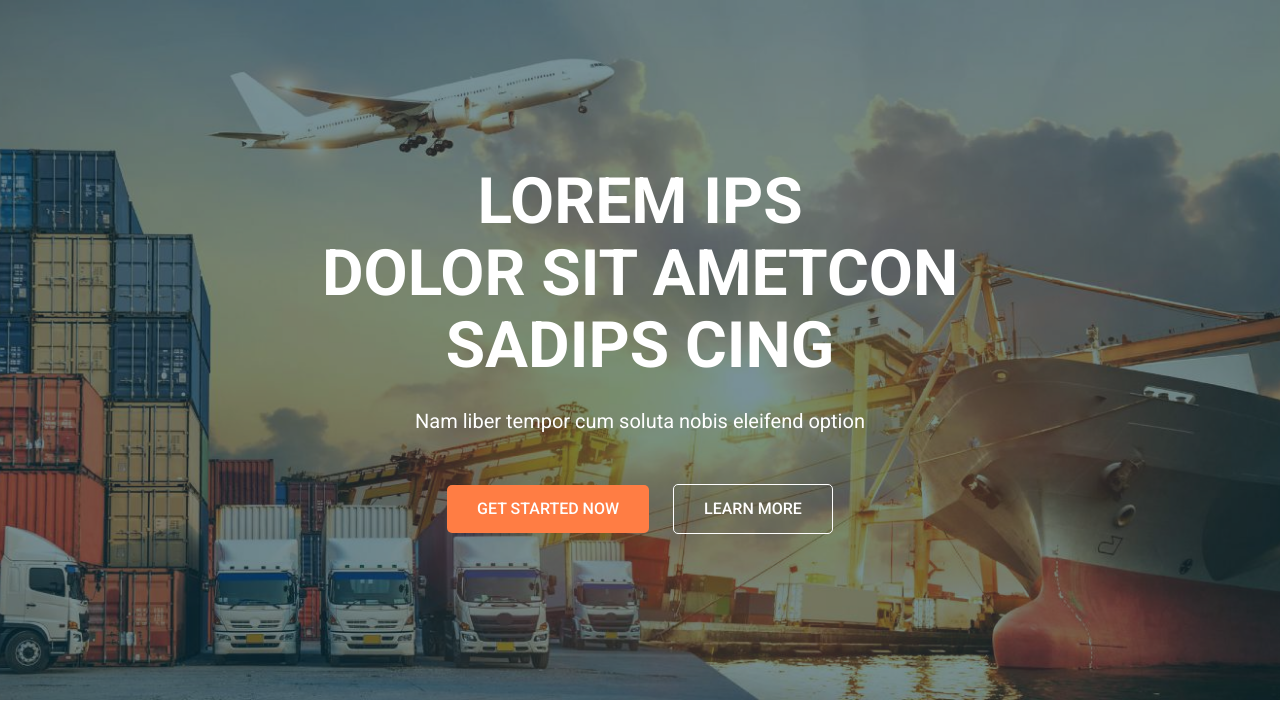
Repository: nazmulalok/shipping-template
Page: index.html
These files come from the project's save history. The page is drawn as it stood at one moment and after the next save; the edit follows.
The browser window is 1280 px wide. The pictures show the whole page.

Above is the page before, as saved 2022-10-03 01:57:19.

### index.html
<!DOCTYPE html>
<html lang="en">

    <head>
        <meta charset="UTF-8">
        <meta http-equiv="X-UA-Compatible" content="IE=edge">
        <meta name="viewport" content="width=device-width, initial-scale=1.0">
        <link rel="preconnect" href="https://fonts.googleapis.com">
        <link rel="preconnect" href="https://fonts.gstatic.com" crossorigin>
        <link
            href="https://fonts.googleapis.com/css2?family=Roboto:ital,wght@0,300;0,400;0,500;0,700;0,900;1,300;1,400;1,500;1,700;1,900&display=swap"
            rel="stylesheet">
        <link href="https://cdn.jsdelivr.net/npm/bootstrap@5.2.1/dist/css/bootstrap.min.css" rel="stylesheet"
            integrity="sha384-iYQeCzEYFbKjA/T2uDLTpkwGzCiq6soy8tYaI1GyVh/UjpbCx/TYkiZhlZB6+fzT" crossorigin="anonymous">
        <link rel="stylesheet" href="style.css">
        <title>Document</title>
    </head>

    <body>
        <!-- Slider -->
        <section>
            <div class="main-slider">
                <div class="container">
                    <div class="slide-content">
                        <div class="slide-text">
                            <div class="slider-title mb-4">Lorem ips<br>
                                dolor sit ametcon<br>
                                sadips cing</div>
                            <p>Nam liber tempor cum soluta nobis eleifend option</p>
                            <div class="sliderBtn mt-5"><a class="common-btn me-4" href="#">Get Started Now</a><a
                                    class="common-btn outline-btn" href="#">Learn More</a></div>
                        </div>
                    </div>
                </div>
            </div>
        </section>














        <script src="https://cdn.jsdelivr.net/npm/@popperjs/core@2.11.6/dist/umd/popper.min.js"
            integrity="sha384-oBqDVmMz9ATKxIep9tiCxS/Z9fNfEXiDAYTujMAeBAsjFuCZSmKbSSUnQlmh/jp3"
            crossorigin="anonymous"></script>
        <script src="https://cdn.jsdelivr.net/npm/bootstrap@5.2.1/dist/js/bootstrap.min.js"
            integrity="sha384-7VPbUDkoPSGFnVtYi0QogXtr74QeVeeIs99Qfg5YCF+TidwNdjvaKZX19NZ/e6oz"
            crossorigin="anonymous"></script>
    </body>

</html>

### style.css
* {
    margin: 0;
    padding: 0;
}

:root {
    --main-color: #FF7D44;
    --secondary-color: #0B3742;
    --tertiary-color: #FFFFFF;
}

body {
    font-family: 'Roboto', sans-serif;
}

/* slider style starts */

.main-slider>* {
    z-index: 10;
}

.main-slider {
    background: url(images/shipping-banner.jpg);
    height: 700px;
    width: 100%;
    background-size: cover;
    background-repeat: no-repeat;
    background-position: center;
    position: relative;
    display: flex;
    align-items: center;
    transition: all 1s;
}

.main-slider:before {
    content: '';
    width: 100%;
    height: 100%;
    top: 0;
    left: 0;
    position: absolute;
    background-color: rgb(11 55 66 / 55%);
    z-index: 1;
}

.slide-content {
    text-align: center;
}

.slide-text {
    color: var(--tertiary-color);
}

.slider-title {
    font-size: 4rem;
    font-weight: 600;
    line-height: 4.5rem;
    text-transform: uppercase;
}

.slide-text p {
    font-size: 20px;
}

a.common-btn {
    display: inline-block;
    text-decoration: none;
    color: var(--tertiary-color);
    background: var(--main-color);
    padding: 12px 30px;
    border-radius: 5px;
    font-size: 16px;
    font-weight: 500;
    text-transform: uppercase;
}

a.common-btn:hover {
    background: var(--tertiary-color);
    color: var(--secondary-color);
}

a.common-btn.outline-btn {
    background: transparent !important;
    border: 1px solid var(--tertiary-color);
}

a.common-btn.outline-btn {
    background: transparent !important;
    border: 1px solid var(--tertiary-color);
}

After the next save:
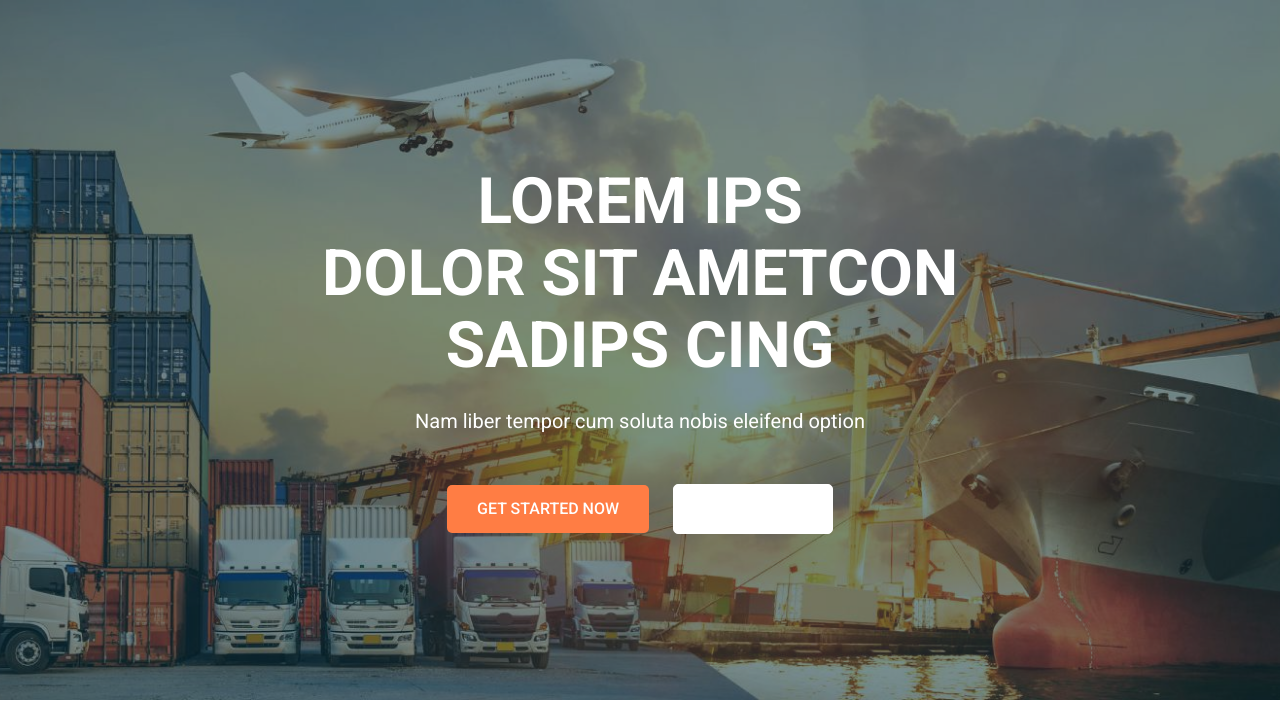
Saved 4 min 53 s later.
--- a/style.css
+++ b/style.css
@@ -85,6 +85,5 @@
 }
 
 a.common-btn.outline-btn {
-    background: transparent !important;
-    border: 1px solid var(--tertiary-color);
+    background: var(--tertiary-color) !important;
 }

After the save that followed:
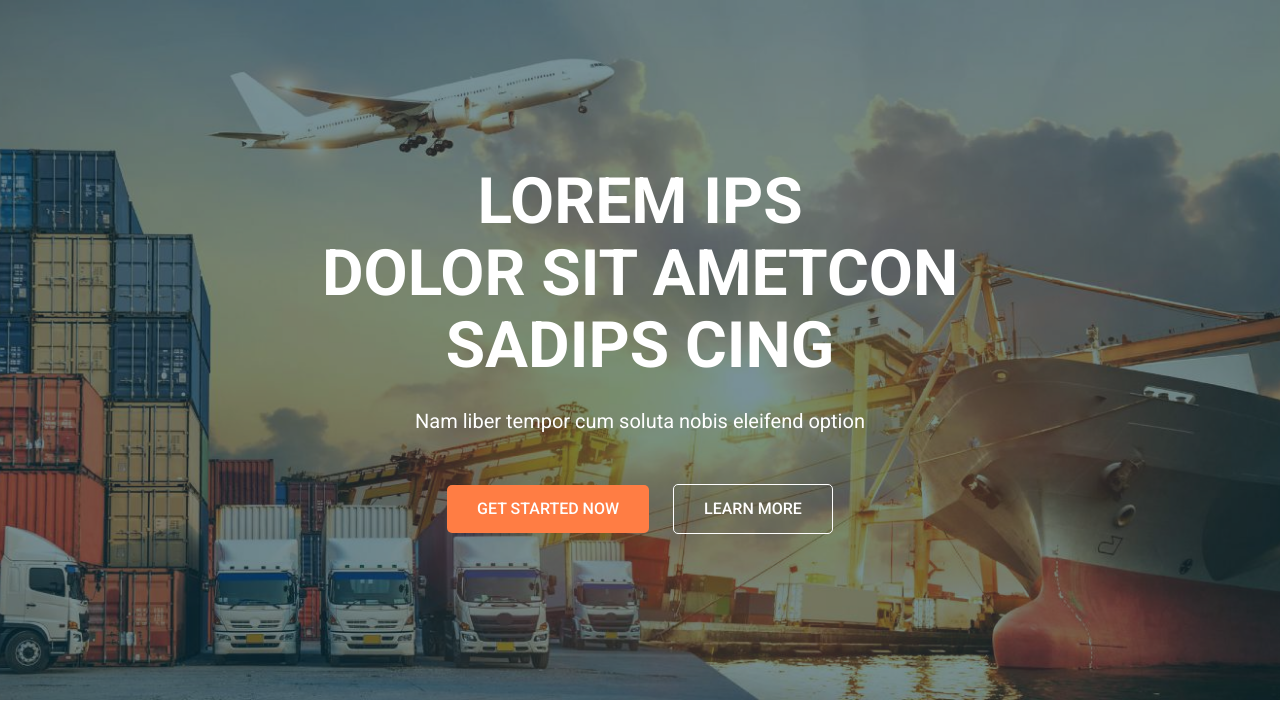
Saved 53 s later.
--- a/style.css
+++ b/style.css
@@ -84,6 +84,6 @@
     border: 1px solid var(--tertiary-color);
 }
 
-a.common-btn.outline-btn {
+a.common-btn.outline-btn:hover {
     background: var(--tertiary-color) !important;
 }
